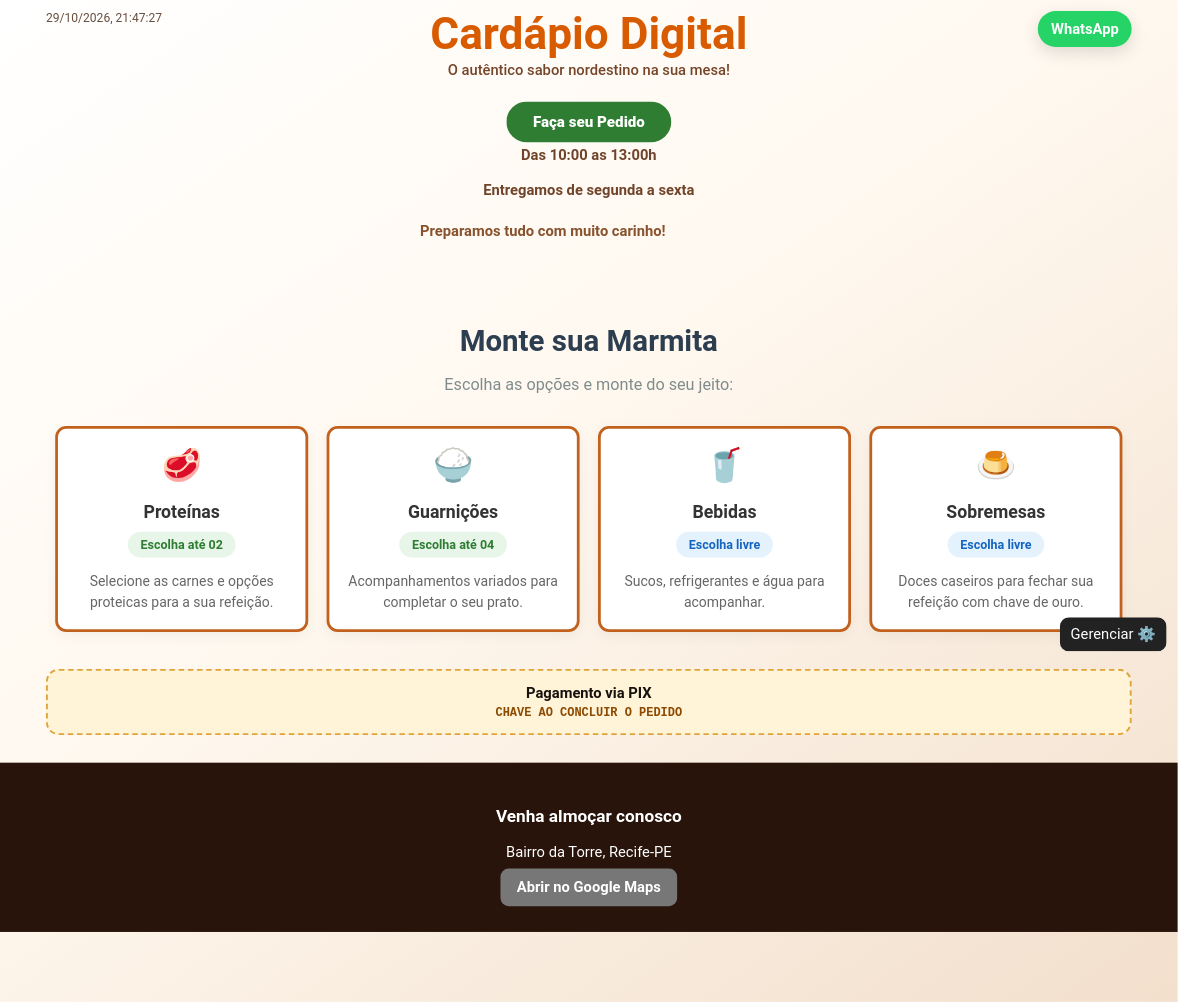
Repository: JeffRodFer/sd-copy-01-frontend
Page: index.html
The author's editor kept a copy of each file at every save. The page is drawn from the files as they stood at one save, then again after a run of saves.
The browser window is 1280 px wide. The pictures show the whole page, at 92% of full size.
The page's requests for data from a server got no answer.

Above is the page before, as saved 2026-10-30 22:52:49.

After the next 2 saves:
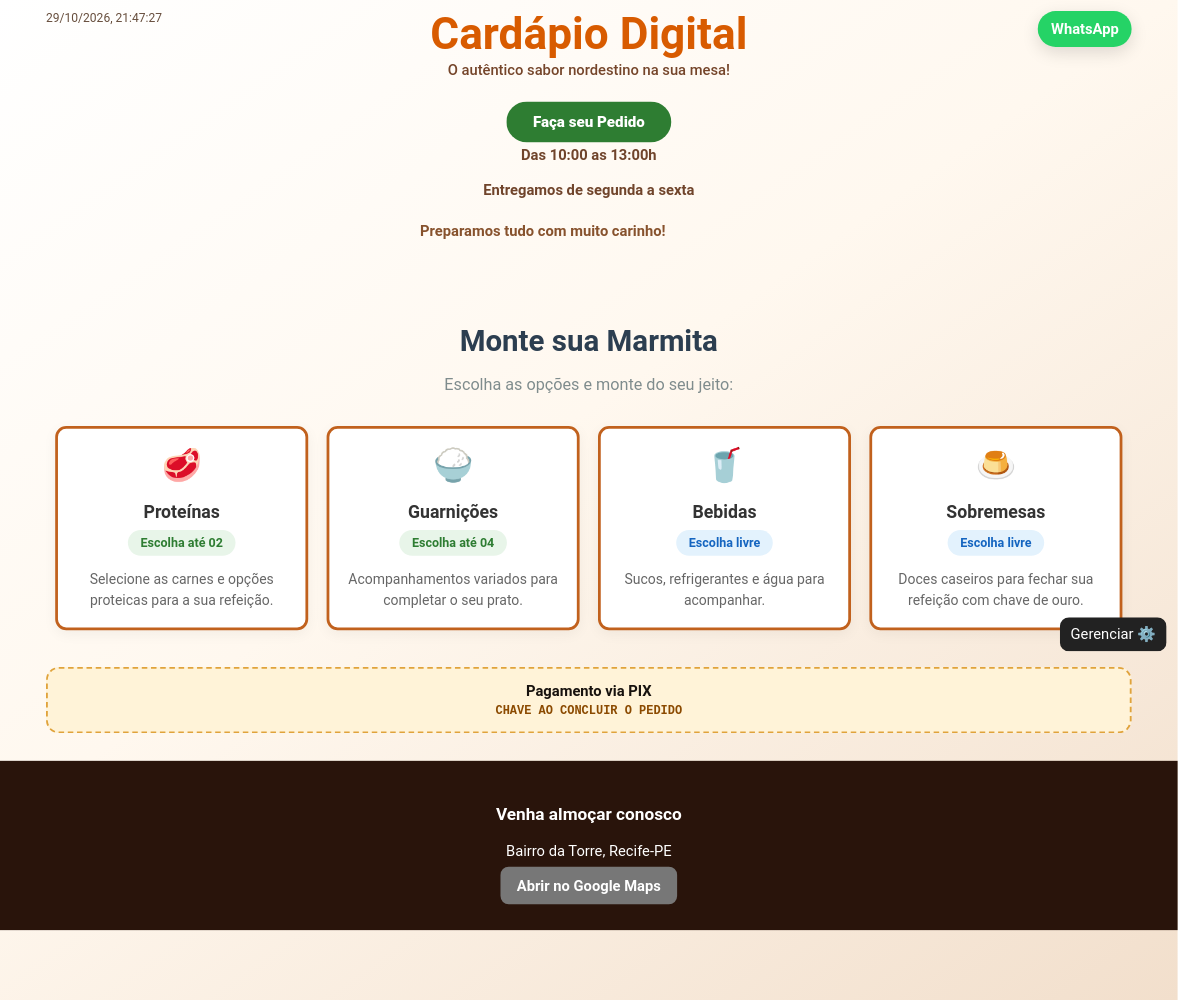
The 2 saves are shown as one change because they came seconds apart.
The last was saved 12 s later.
--- a/style.css
+++ b/style.css
@@ -328,7 +328,7 @@ ESTILOS DA SEÇÃO DE CATEGORIAS (PÁGINA PRINCIPAL)
 .category-card h3 {
   font-size: 1.2rem;
   color: #333333;
-  margin-bottom: 10px;
+  margin-bottom: 8px;
 }
 
 .badge-limit {
